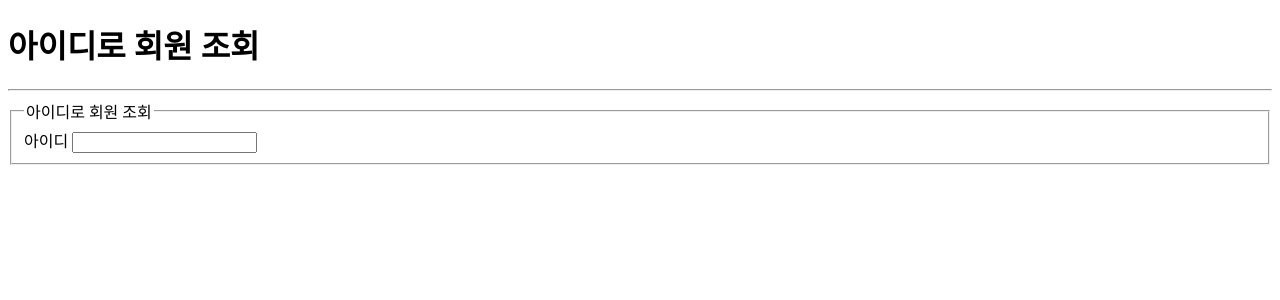
Repository: ParkHyeonju12/servlet
Page: web-workspace/03_dbProject/src/main/webapp/html/memberId.html
The author's editor kept a copy of each file at every save. The page is drawn from the files as they stood at one save, then again after the next save.
The browser window is 1280 px wide. The pictures show the whole page.

Above is the page before, as saved 2022-08-30 04:55:40.

### web-workspace/03_dbProject/src/main/webapp/html/memberId.html
<!DOCTYPE html>
<html>
<head>
<meta charset="UTF-8">
<title>Insert title here</title>
</head>
<body>
	<h1>아이디로 회원 조회</h1>
	<hr>
	<form action="/memberId.do">
		<fieldset>
		<legend>아이디로 회원 조회</legend>
		<label for=memberId>아이디</label>
		<input type="text" name="memberId" id="memberId">
		</fieldset>
	</form>
</body>
</html>

After the next save:
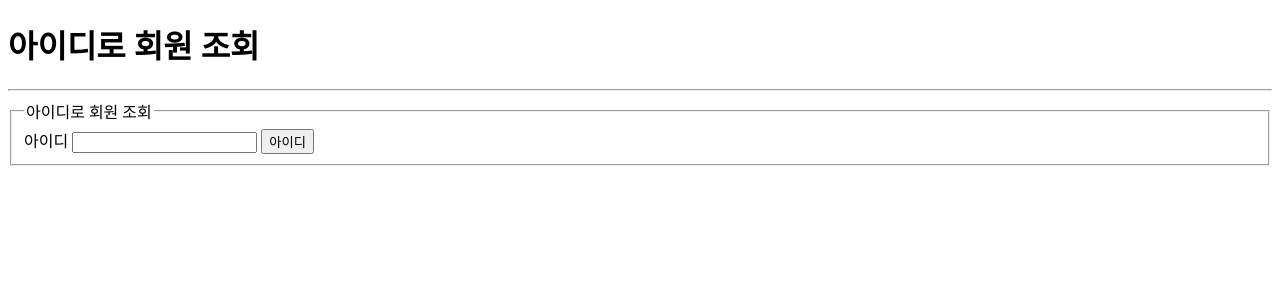
Saved 32 s later.
--- a/web-workspace/03_dbProject/src/main/webapp/html/memberId.html
+++ b/web-workspace/03_dbProject/src/main/webapp/html/memberId.html
@@ -12,6 +12,7 @@
 		<legend>아이디로 회원 조회</legend>
 		<label for=memberId>아이디</label>
 		<input type="text" name="memberId" id="memberId">
+		<input type="submit" value="아이디">
 		</fieldset>
 	</form>
 </body>
